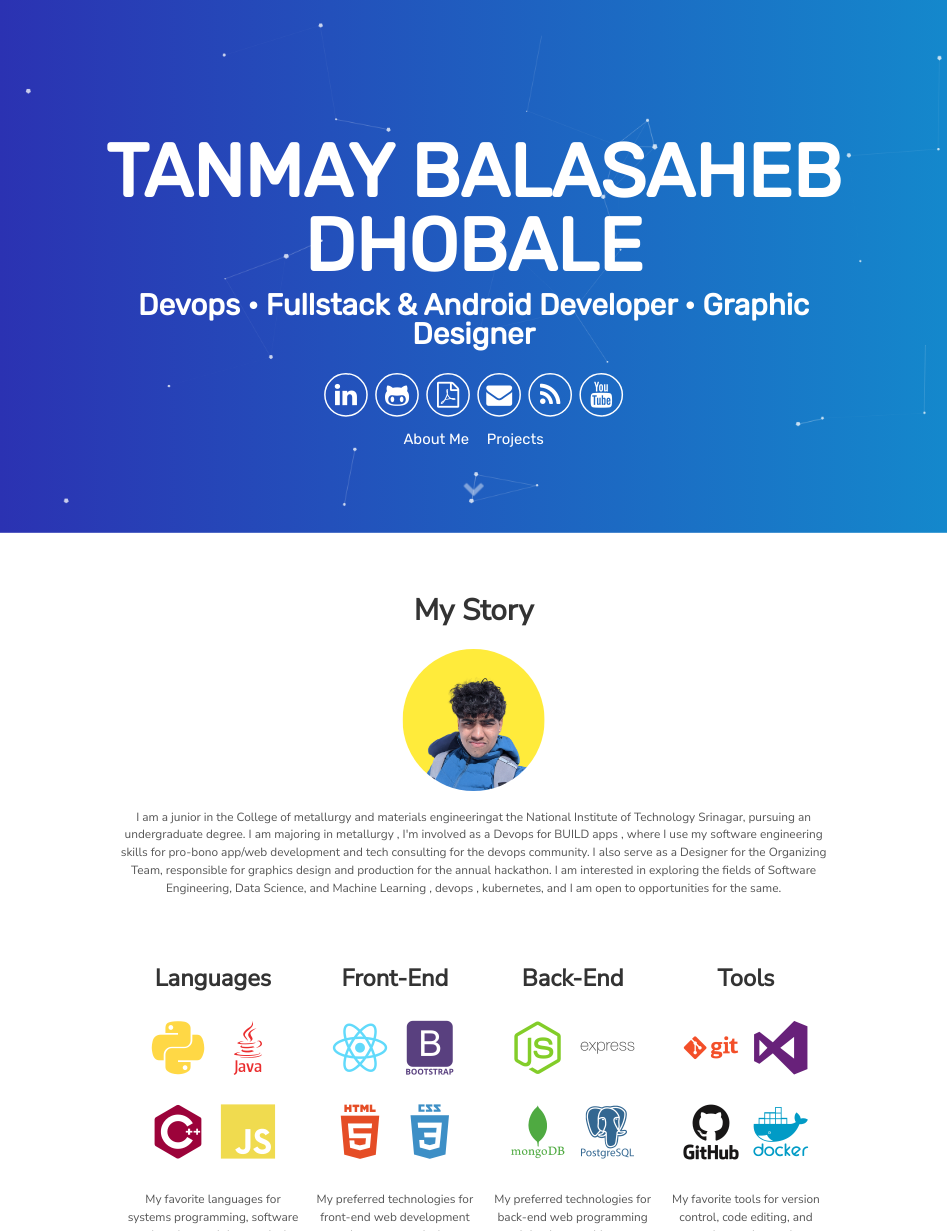
Repository: TanmayDhobale/portfolio.tanmay
Page: index.html
The author's editor kept a copy of each file at every save. The page is drawn from the files as they stood at one save, then again after a run of saves.
The browser window is 1280 px wide. The pictures show the part of the page from y = 0 to 1663 px (the page is 3192 px tall before and 3168 px after), at 74% of full size.
A picture or video elsewhere on the page could not be fetched, so the positions and the page height are approximate. Backgrounds fixed to the window are drawn as part of the page.

Above is the page before, as saved 2023-12-22 23:39:35.

After the next 9 saves:
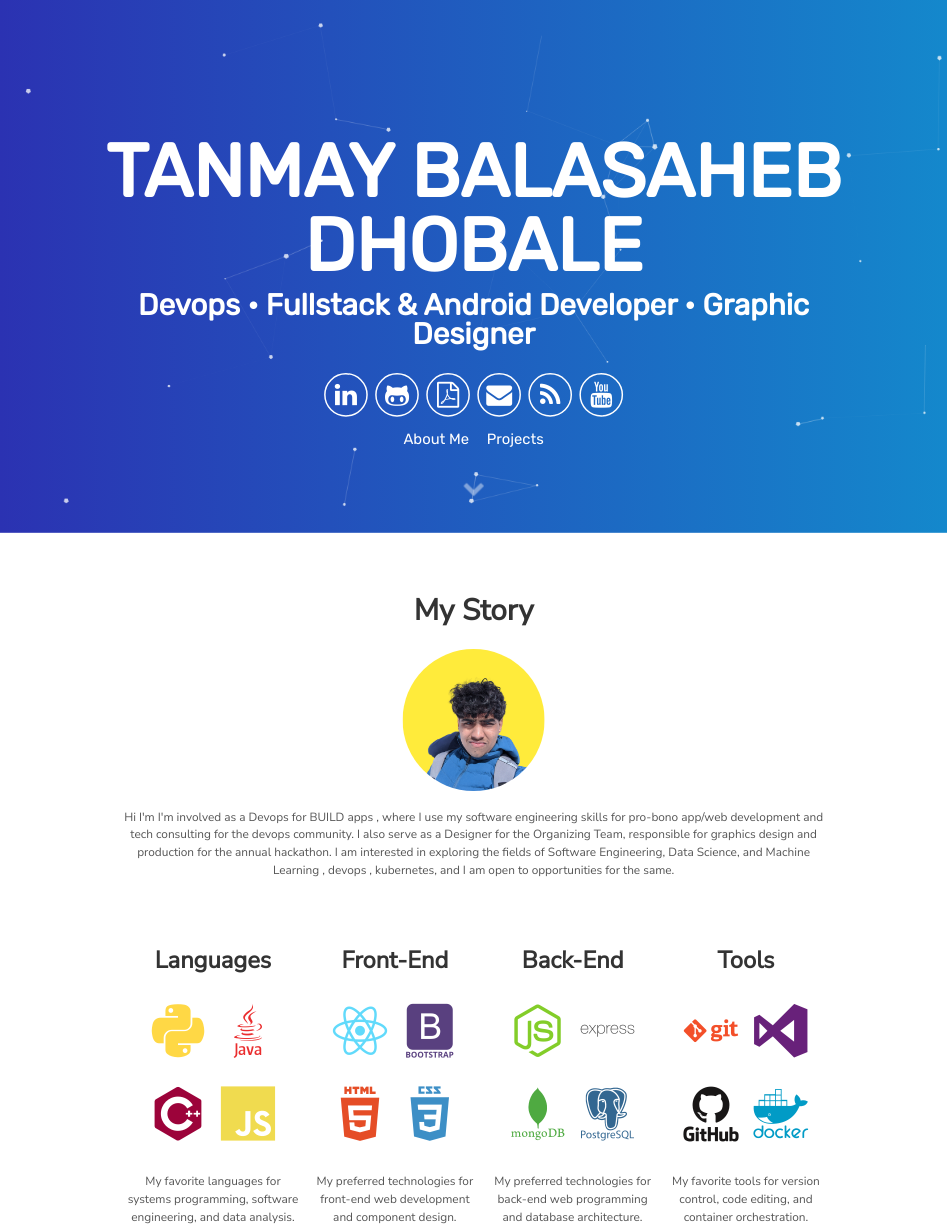
The 9 saves are shown as one change because they came seconds apart.
The last was saved 35 s later.
--- a/index.html
+++ b/index.html
@@ -85,8 +85,7 @@
           />
         </picture>
         <p>
-          I am a junior in the College of metallurgy and materials engineeringat the National Institute of Technology Srinagar,
-          pursuing an undergraduate degree. I am majoring in metallurgy  ,  I'm involved as a Devops for BUILD
+          Hi I'm   I'm involved as a Devops for BUILD
           apps , where I use my software engineering skills for pro-bono app/web development and tech consulting for the
           devops community. I also serve as a Designer for the Organizing Team, responsible for graphics
           design and production for the annual hackathon. I am interested in exploring the fields of Software
